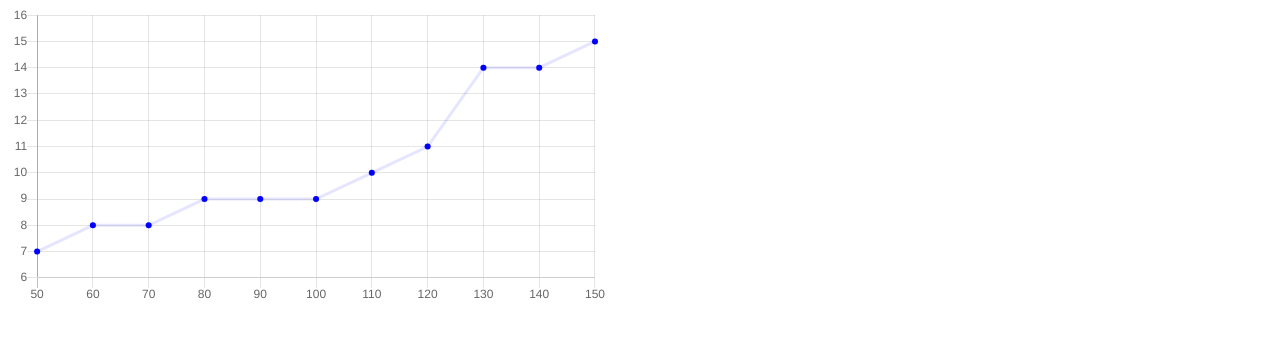
Repository: Hugh-KR/AccountBook
Page: http://localhost/Account_Book/NewFile.jsp
An editor plug-in stored every save of this project. The page is shown before and after the next save, followed by the edit.
The browser window is 1280 px wide. The pictures show the whole page.
The page is served by Tomcat 9. Nobody is signed in. The application's start-up code is not run.

Above is the page before, as saved 2022-12-01 05:20:06.

After the next save:
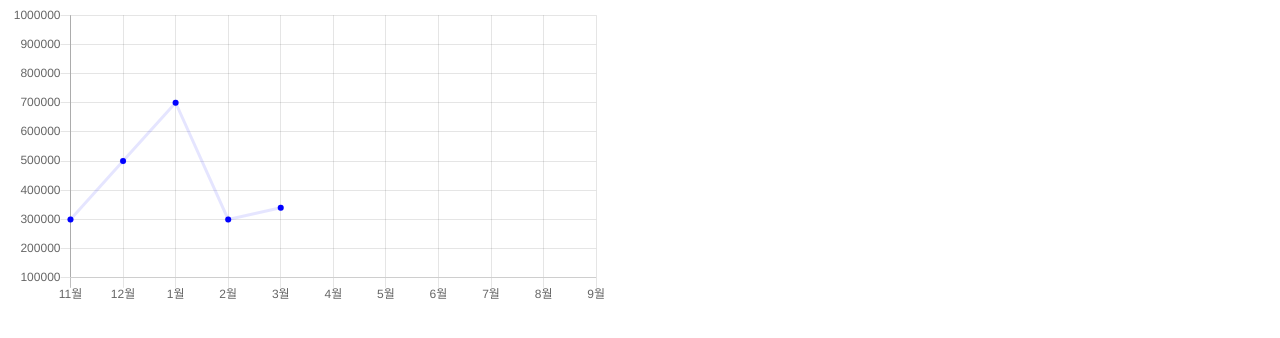
Saved 7 min 54 s later.
--- a/Account_Book/src/main/webapp/NewFile.jsp
+++ b/Account_Book/src/main/webapp/NewFile.jsp
@@ -8,11 +8,11 @@
 <script src="https://cdnjs.cloudflare.com/ajax/libs/Chart.js/2.9.4/Chart.js"></script>
 </head>
 <body>
- <canvas id="myChart" style="width:100%;max-width:600px"></canvas>
+<canvas id="myChart" style="width:100%;max-width:600px"></canvas>
 
 <script>
-var xValues = [50,60,70,80,90,100,110,120,130,140,150];
-var yValues = [7,8,8,9,9,9,10,11,14,14,15];
+var xValues = [11+"월",12+"월",1+"월",2+"월",3+"월",4+"월",5+"월",6+"월",7+"월",8+"월",9+"월"];
+var yValues = [300000,500000,700000,300000,340000];
 
 new Chart("myChart", {
   type: "line",
@@ -29,7 +29,7 @@
   options: {
     legend: {display: false},
     scales: {
-      yAxes: [{ticks: {min: 6, max:16}}],
+      yAxes: [{ticks: {min: 100000, max:1000000}}],
     }
   }
 });
